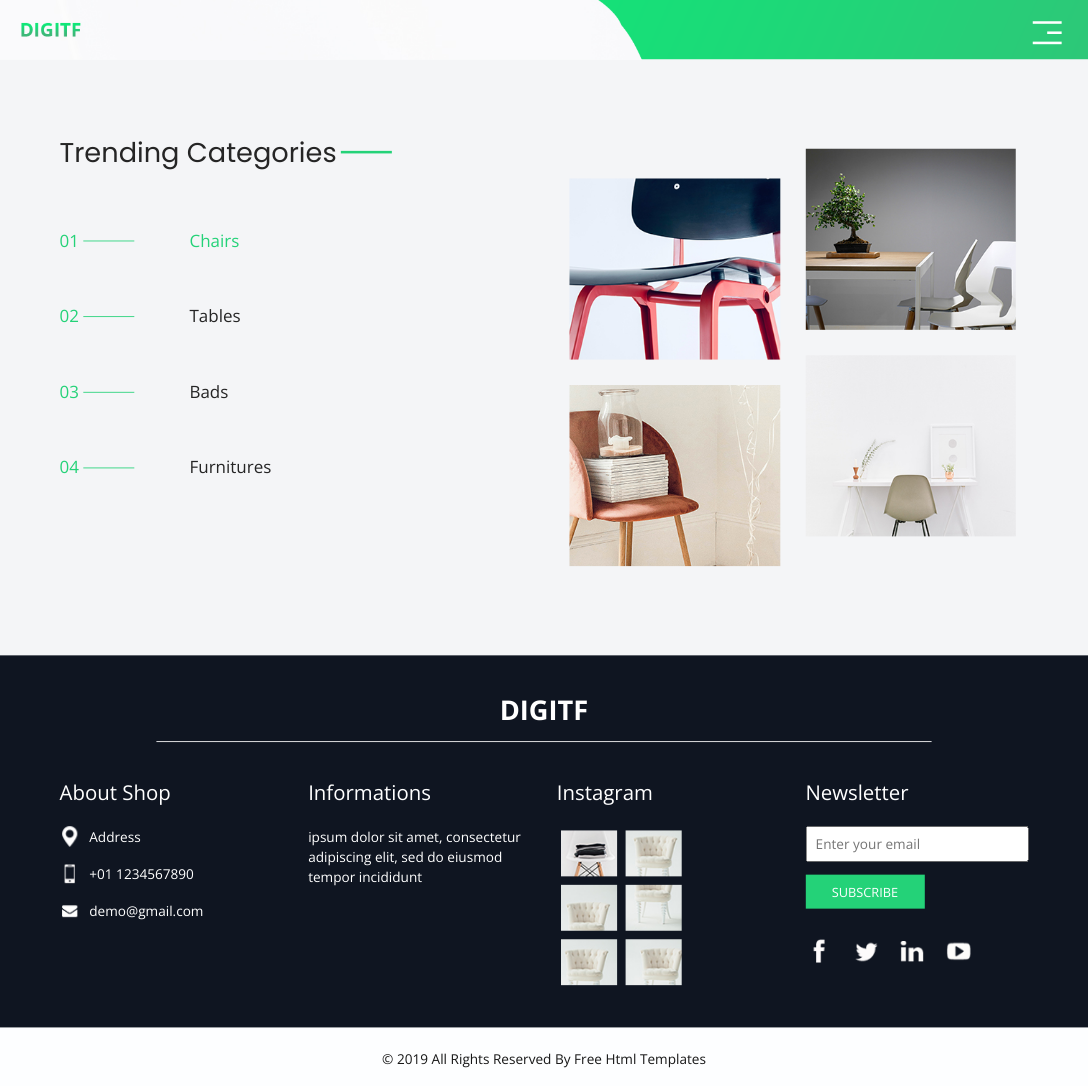
Repository: hungpixi/digitf-funiture-project
Page: furniture.html
These files come from the project's save history. The page is drawn as it stood at one moment and after the next save; the edit follows.
The browser window is 1280 px wide. The pictures show the whole page, at 85% of full size.
Some web libraries are served in a nearby version.

Above is the page before, as saved 2022-10-13 15:12:57.

After the next save:
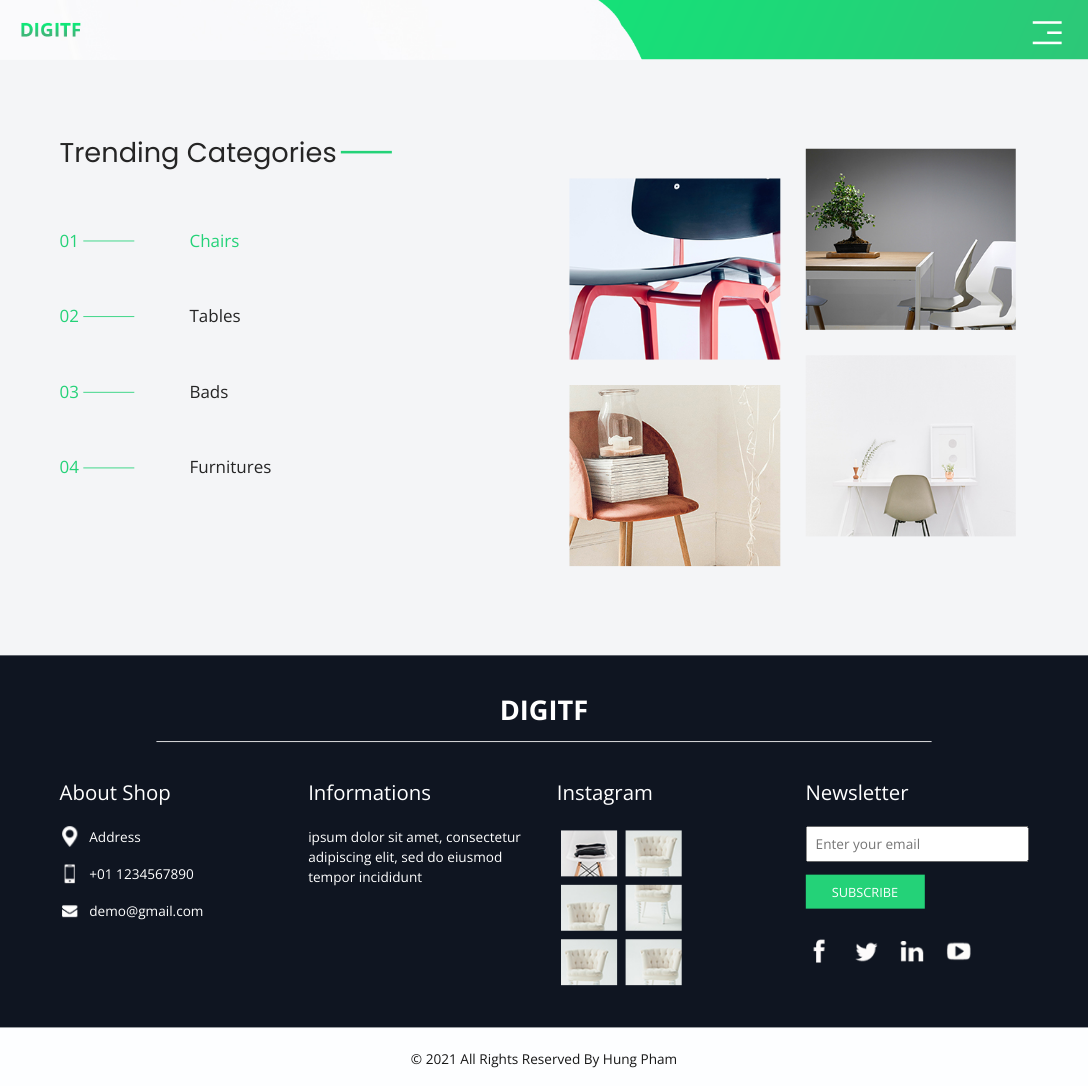
Saved 30 s later.
--- a/furniture.html
+++ b/furniture.html
@@ -398,8 +398,8 @@
   <section class="container-fluid footer_section ">
     <div class="container">
       <p>
-        &copy; 2019 All Rights Reserved By
-        <a href="https://html.design/">Free Html Templates</a>
+        &copy; 2021 All Rights Reserved By
+        <a href="https://html.design/">Hung Pham</a>
       </p>
     </div>
   </section>
